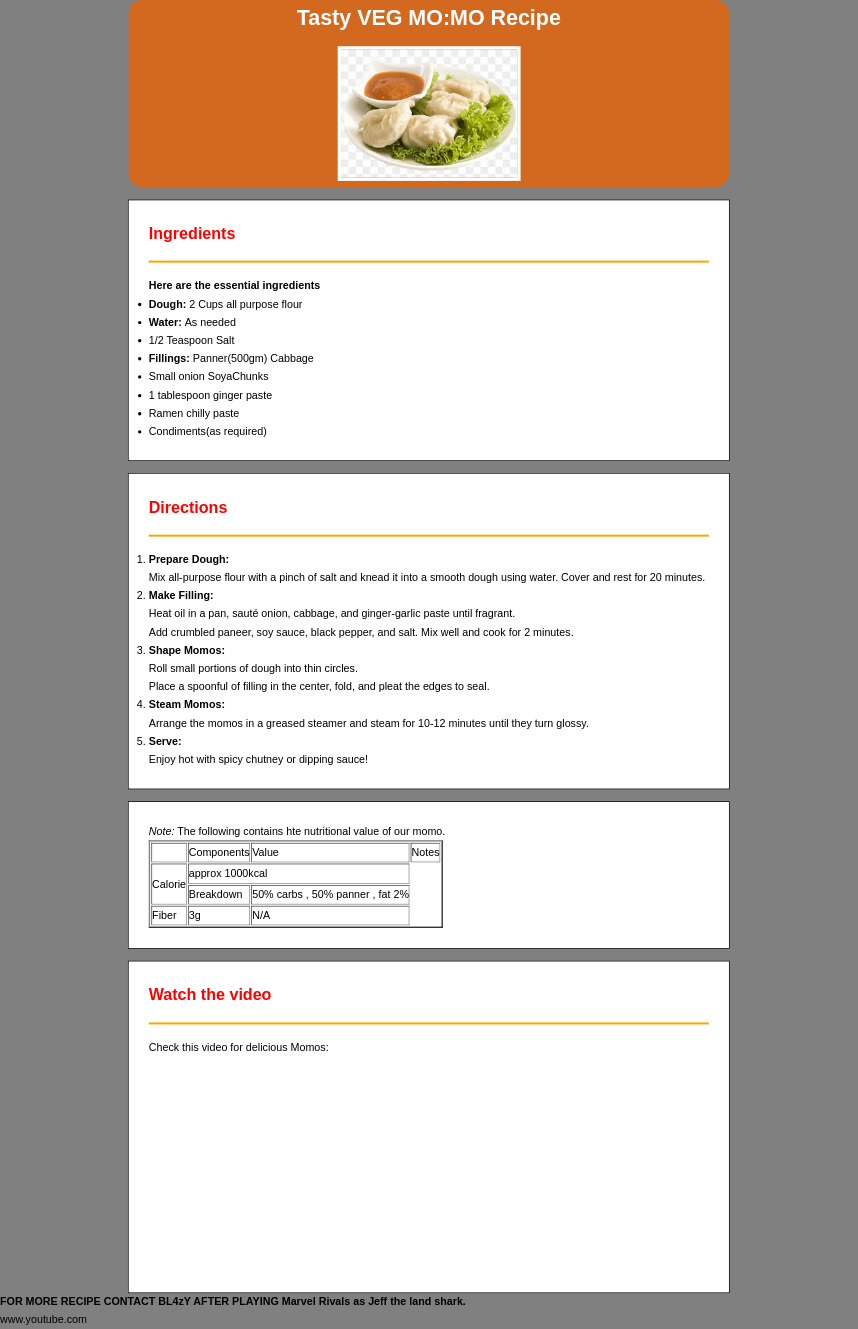
Repository: GigaByte6610/recipe
Page: index.html
An editor plug-in stored every save of this project. The page is shown before and after the next save, followed by the edit.
The browser window is 1280 px wide. The pictures show the whole page, at 67% of full size.
Pictures or frames that could not be fetched are drawn as grey boxes.

Above is the page before, as saved 2025-02-05 04:31:43.

After the next save:
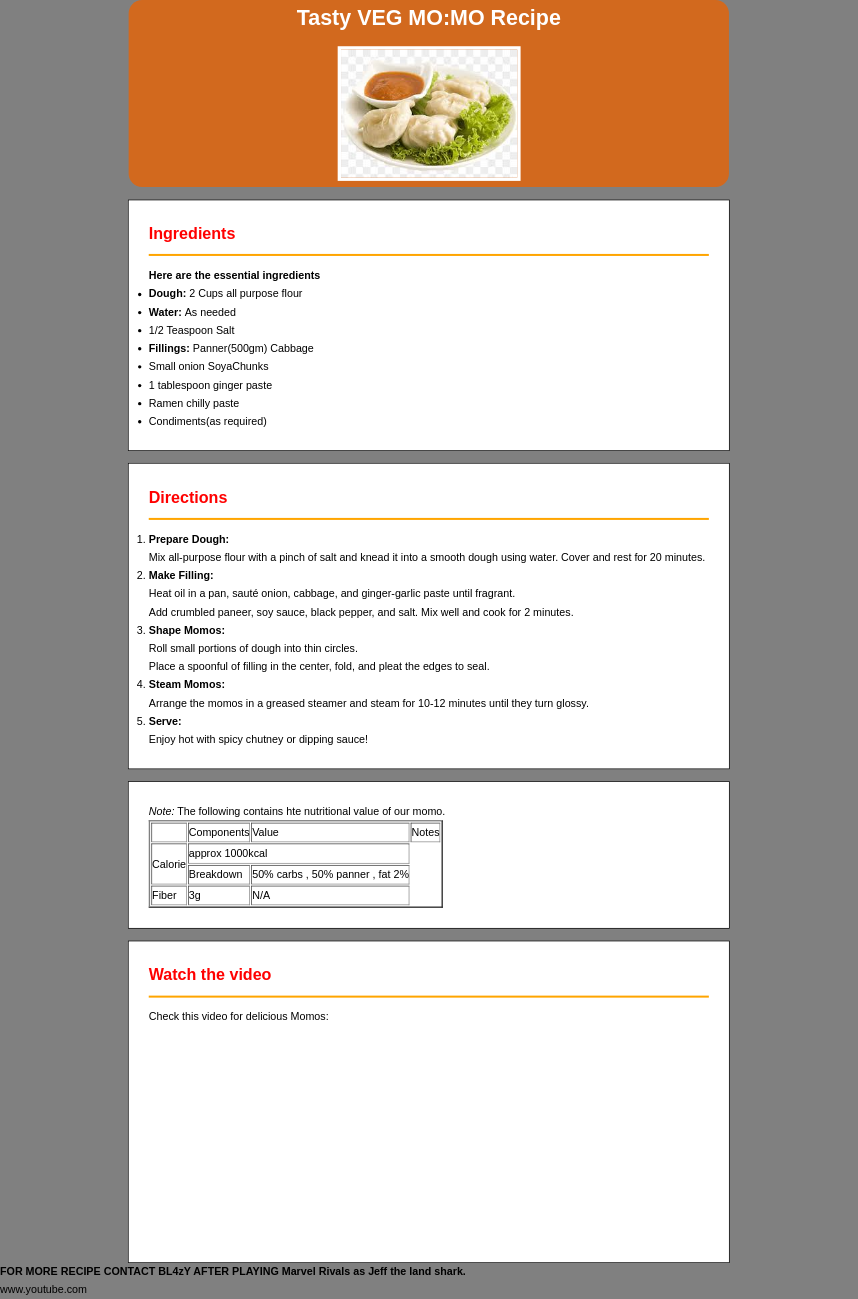
Saved 2 min 25 s later.
--- a/style.css
+++ b/style.css
@@ -43,6 +43,6 @@ section {
 section h2 {
     color: red;
     border-bottom: 3px solid orange;
-    padding-bottom: 20px;
-    margin-bottom: 20px;
+    padding-bottom: 10px;
+    margin-bottom: 15px;
 }
